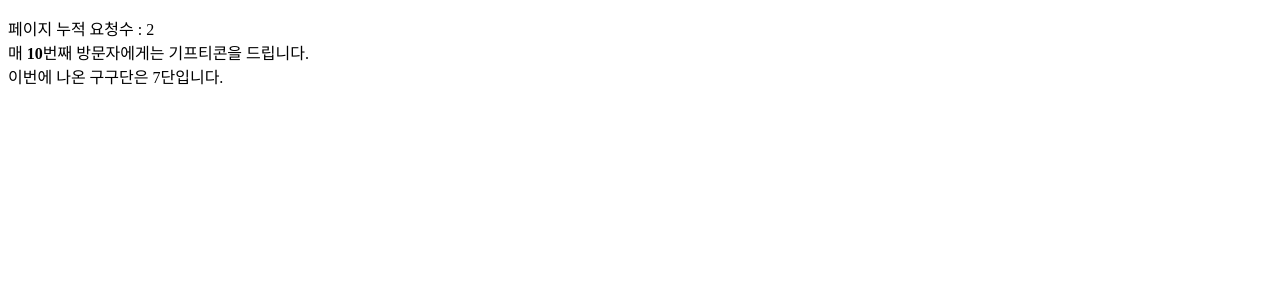
Repository: limbbbyoung/JSP_practice
Page: http://localhost/JSPbasic/jsptag/tag_quiz02.jsp
An editor plug-in stored every save of this project. The page is shown before and after the next save, followed by the edit.
The browser window is 1280 px wide. The pictures show the whole page.
The page is served by Tomcat 9.

Above is the page before, as saved 2022-03-23 10:14:03.

### JSPbasic/src/main/webapp/jsptag/tag_quiz02.jsp
<%@ page language="java" contentType="text/html; charset=UTF-8"
    pageEncoding="UTF-8"%>
<!DOCTYPE html>
<html>
<style>
</style>
<script>
</script>
<head>
<meta charset="UTF-8">
<title>Insert title here</title>
</head>
<body>
<%! int total = 1;
    int randomNum(){
    	int rn = (int)(Math.random()*7 + 2);
    	return rn;
    }
%>
<% total++; %>
     <p>
     페이지 누적 요청수 : <%= total %><br/>
     매 <b>10</b>번째 방문자에게는 기프티콘을 드립니다.<br/>
     <% if(total % 10 == 0){ %>
          당첨되셨습니다.
     <% } %>
     이번에 나온 구구단은 <%=randomNum()%>단입니다.
     <% for(int i = 1; i < 10; i++){

     }
     %>
     </p>
</body>
</html>

After the next save:
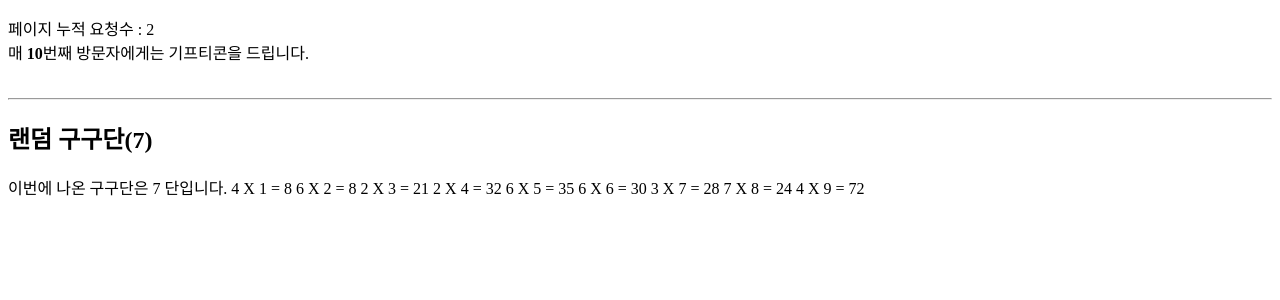
Saved 5 min 23 s later.
--- a/JSPbasic/src/main/webapp/jsptag/tag_quiz02.jsp
+++ b/JSPbasic/src/main/webapp/jsptag/tag_quiz02.jsp
@@ -24,11 +24,17 @@
      <% if(total % 10 == 0){ %>
           당첨되셨습니다.
      <% } %>
-     이번에 나온 구구단은 <%=randomNum()%>단입니다.
-     <% for(int i = 1; i < 10; i++){
+     <br/>
+     <hr/>
+     <h2>랜덤 구구단(<%= randomNum() %>)</h2>
+     이번에 나온 구구단은 <%= randomNum() %> 단입니다.
+     <% for(int i = 1; i < 10; i++){ %>
+    	 <%= randomNum() %> X <%= i %> = <%= randomNum() * i %>
+     <% } %>
 
-     }
-     %>
+
+
+
      </p>
 </body>
 </html>
